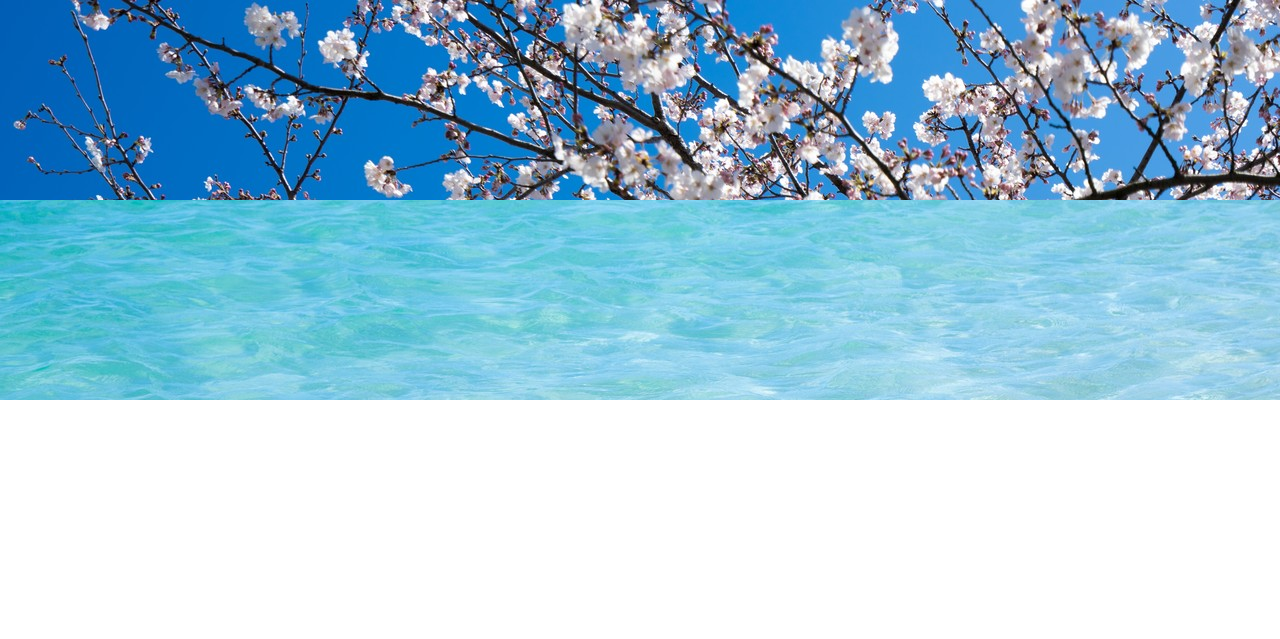
Repository: nonishi/1-6
Page: index.html
An editor plug-in stored every save of this project. The page is shown before and after a run of saves, followed by the edit.
The browser window is 1280 px wide. The pictures show the whole page.

Above is the page before, as saved 2021-06-02 16:13:15.

### index.html
<!DOCTYPE html>
<html lang="ja">
<head>
  <meta charset="UTF-8">
  <link rel="stylesheet" href="style.css">
  <title>chapter6_exercise</title>
</head>
<body>
  <div class="spring"></div>
  <div class="summer"></div>
  <div class="autumn"></div>
  <div class="winter"></div>
</body>
</html>

### style.css
*{
  margin: 0;
  padding: 0;
  box-sizing: border-box;
}
.spring{
  width: 100%;
  height: 200px;
  background-image: url(box1.jpg);
}
.summer{
  width: 100%;
  height: 200px;
  background-image: url(box2.jpg);
}
.autumn{
  width: 100%;

}

After the next 7 saves:
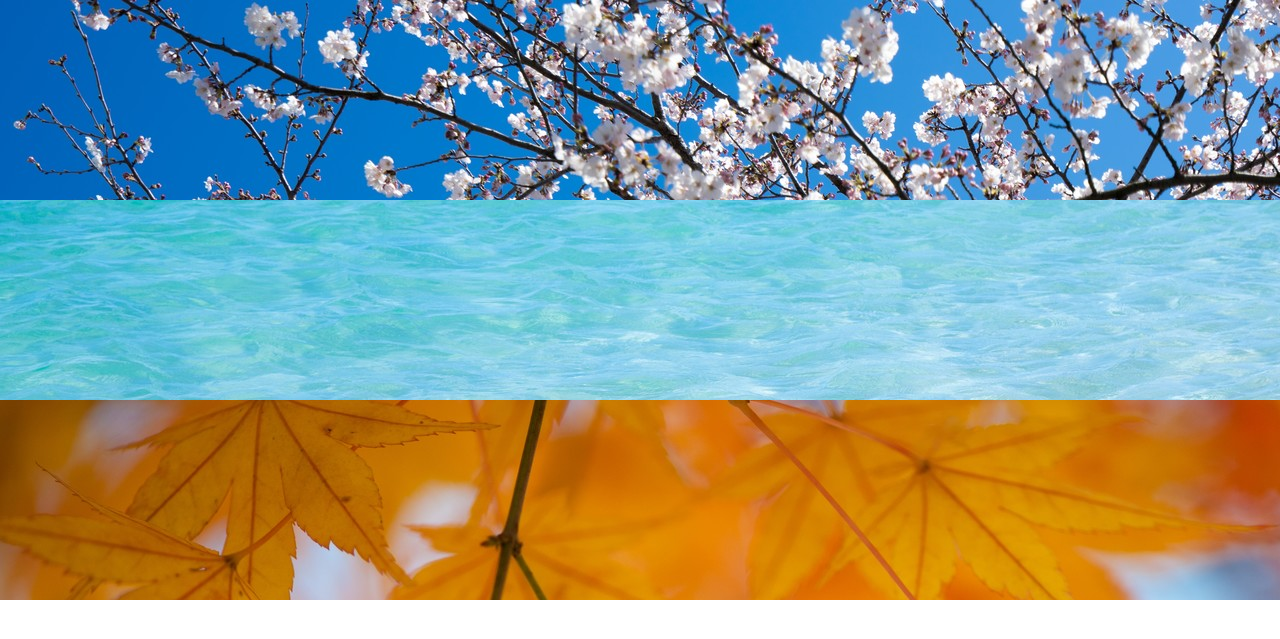
The 7 saves are shown as one change because they came seconds apart.
The last was saved 19 s later.
--- a/style.css
+++ b/style.css
@@ -15,5 +15,6 @@
 }
 .autumn{
   width: 100%;
-
+  height: 200px;
+  background-image: url(box3.jpg);
 }
